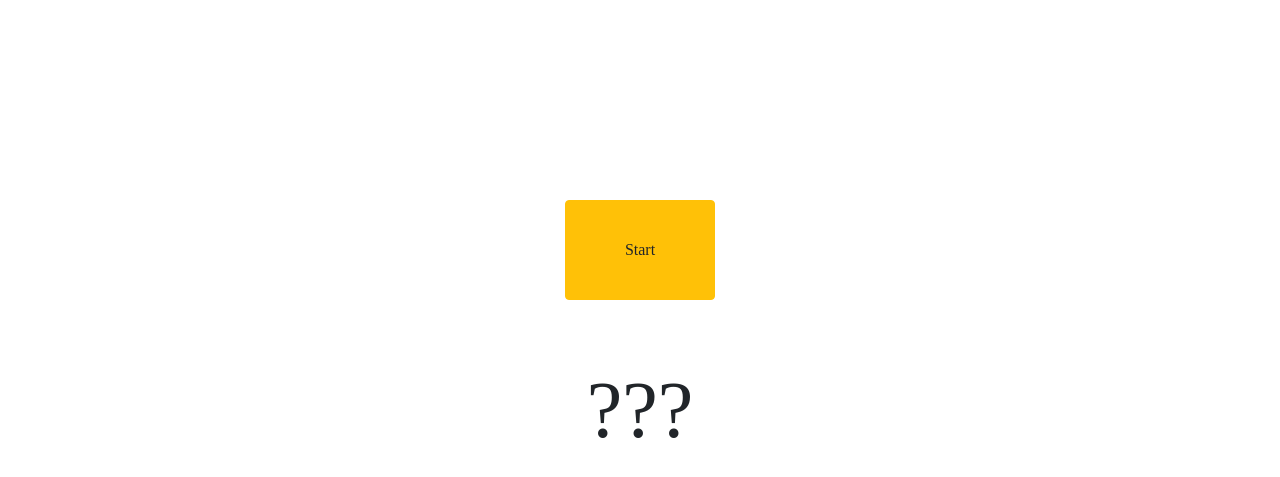
Repository: TaylorD1982/randomizer
Page: index.html
The author's editor kept a record of every edit. The page is drawn from the files as they stood at one moment, then again after the next edit.
The browser window is 1280 px wide. The pictures show the whole page.
Some web libraries are served in a nearby version.

Above is the page before.

### index.html
<!DOCTYPE html>
<html lang="en">

<head>
    <meta charset="UTF-8">
    <meta name="viewport" content="width=device-width, initial-scale=1.0">
    <meta http-equiv="X-UA-Compatible" content="ie=edge">
    <title>Document</title>
    <link rel="stylesheet" href="style.css">
    <link rel="stylesheet" href="https://maxcdn.bootstrapcdn.com/bootstrap/4.0.0/css/bootstrap.min.css" integrity="sha384-Gn5384xqQ1aoWXA+058RXPxPg6fy4IWvTNh0E263XmFcJlSAwiGgFAW/dAiS6JXm" crossorigin="anonymous">
</head>

<body>
    <div class="container">
        <div class="row app">
            <div class="col">
                <button id="Button" type="button" class="btn btn-warning">
                      Start
                </button>
                <div id="Answer" class="result">
                    ???
                </div>
            </div>
        </div>
    </div>
</body>
<script>
    // myArray initial content, as a global variable :
    var myArray = [
        'Al',
        'Bingham',
        'David',
        'Juliet',
        'Will',
        'Laura',
        'Lindsey'
    ];

    // the event handler, randomly emptying myArray one at a time :
    document.getElementById("Button").onclick = function() {
        // check for an empty array :
        if (myArray.length > 0) {
            var optionsE = Math.floor(Math.random() * myArray.length);
            var removedE = myArray.splice(optionsE, 1);
            document.getElementById("Answer").innerHTML = removedE[0];
        }
        else {
            alert("GAME OVER!");
        }
    }
</script>
<script src="https://code.jquery.com/jquery-3.2.1.slim.min.js" integrity="sha384-KJ3o2DKtIkvYIK3UENzmM7KCkRr/rE9/Qpg6aAZGJwFDMVNA/GpGFF93hXpG5KkN" crossorigin="anonymous"></script>
<script src="https://cdnjs.cloudflare.com/ajax/libs/popper.js/1.12.9/umd/popper.min.js" integrity="sha384-ApNbgh9B+Y1QKtv3Rn7W3mgPxhU9K/ScQsAP7hUibX39j7fakFPskvXusvfa0b4Q" crossorigin="anonymous"></script>
<script src="https://maxcdn.bootstrapcdn.com/bootstrap/4.0.0/js/bootstrap.min.js" integrity="sha384-JZR6Spejh4U02d8jOt6vLEHfe/JQGiRRSQQxSfFWpi1MquVdAyjUar5+76PVCmYl" crossorigin="anonymous"></script>

</html>

### style.css
.app {
    padding-top: 200px;
    text-align: center;
}

.result {
    padding-top: 50px;
    font-family: 'Indie Flower', cursive;
    font-size: 5em;
}

.btn {
    width: 150px;
    height: 100px;
    font-family: 'Indie Flower', cursive;
    font-size: 3em;
}

After the next edit:
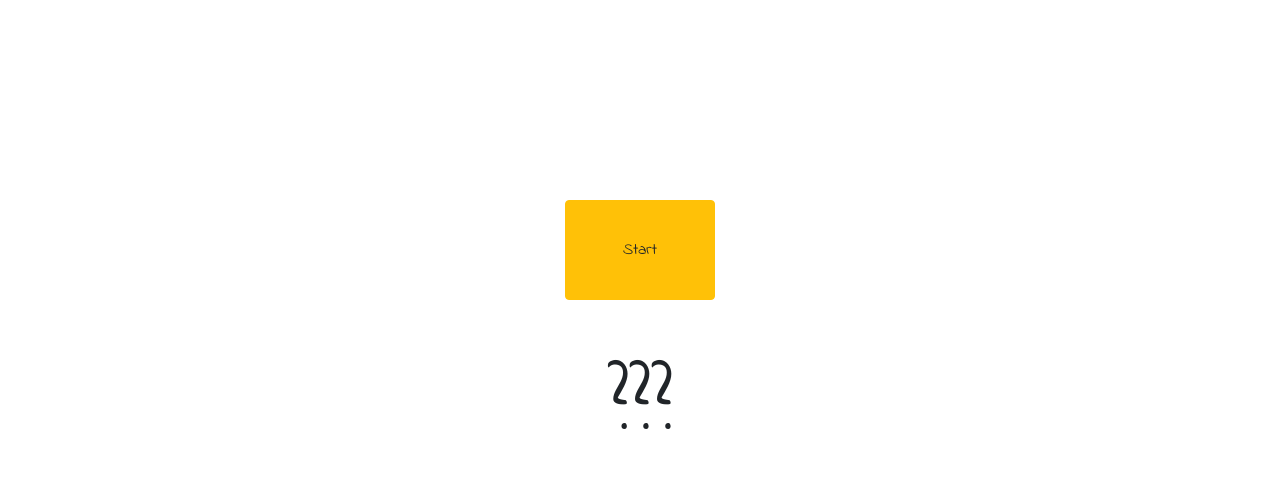
The edit:
--- a/index.html
+++ b/index.html
@@ -7,6 +7,7 @@
     <meta http-equiv="X-UA-Compatible" content="ie=edge">
     <title>Document</title>
     <link rel="stylesheet" href="style.css">
+    <link href="https://fonts.googleapis.com/css2?family=Indie+Flower&display=swap" rel="stylesheet">
     <link rel="stylesheet" href="https://maxcdn.bootstrapcdn.com/bootstrap/4.0.0/css/bootstrap.min.css" integrity="sha384-Gn5384xqQ1aoWXA+058RXPxPg6fy4IWvTNh0E263XmFcJlSAwiGgFAW/dAiS6JXm" crossorigin="anonymous">
 </head>
 
